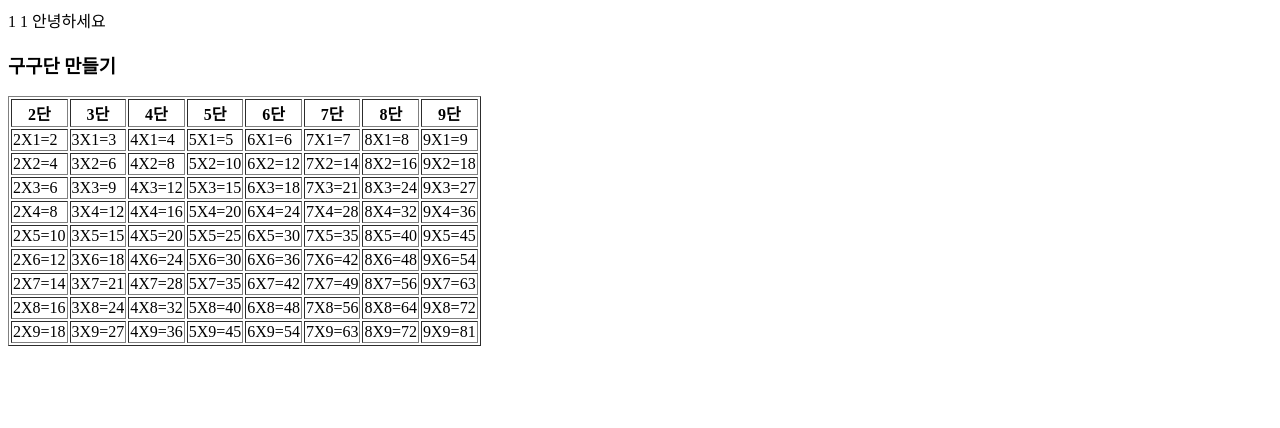
Repository: Luho0113/SpringBootStudy
Page: http://localhost/web/
The author's editor kept a copy of each file at every save. The page is drawn from the files as they stood at one save, then again after the next save.
The browser window is 1280 px wide. The pictures show the whole page.
The page is served by Tomcat 9. Other server files are loaded and not shown.

Above is the page before, as saved 2023-05-03 02:51:13.

### web/src/main/webapp/index.jsp
<%@ page language="java" contentType="text/html; charset=UTF-8"
    pageEncoding="UTF-8"%>
<%
String str = "1";
out.println(str);
%>
<%=str%> <!-- 표현식 -->
<!DOCTYPE html>
<html>
<head>
<meta charset="UTF-8">
<title>JSP</title>
</head>
<body>
안녕하세요

<%
out.println("<h3>" + "구구단 만들기" + "</h3>");
%>
	<table border="1">
		<tr>
			<%
			for (int i = 2; i < 10; i++) {
			%>
			<th><%=i%>단</th>
			<%
			}
			%>
		</tr>
		<%
		for (int i = 1; i < 10; i++) {
			out.println("<tr>");
			for (int j = 2; j < 10; j++) {

				out.println("<td>" + j + "X" + i + "=" + i * j + "</td>");
			}
			out.println("</tr>");
		}
		%>
	</table>
</body>
</html>

After the next save:
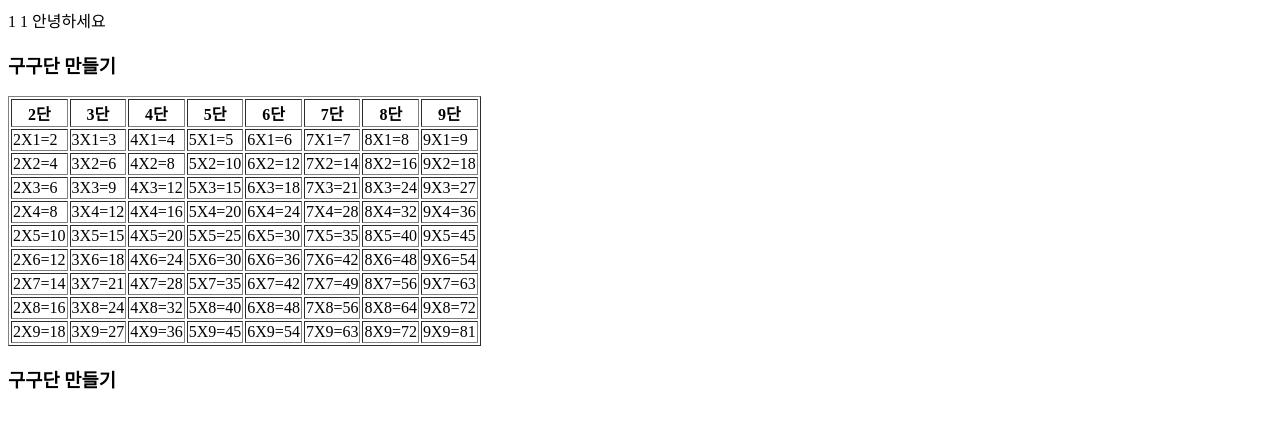
Saved 7 min 40 s later.
--- a/web/src/main/webapp/index.jsp
+++ b/web/src/main/webapp/index.jsp
@@ -38,5 +38,11 @@ out.println("<h3>" + "구구단 만들기" + "</h3>");
 		}
 		%>
 	</table>
+	<%
+out.println("<h3>" + "구구단 만들기" + "</h3>");
+%>
+<%
+
+%>
 </body>
 </html>
